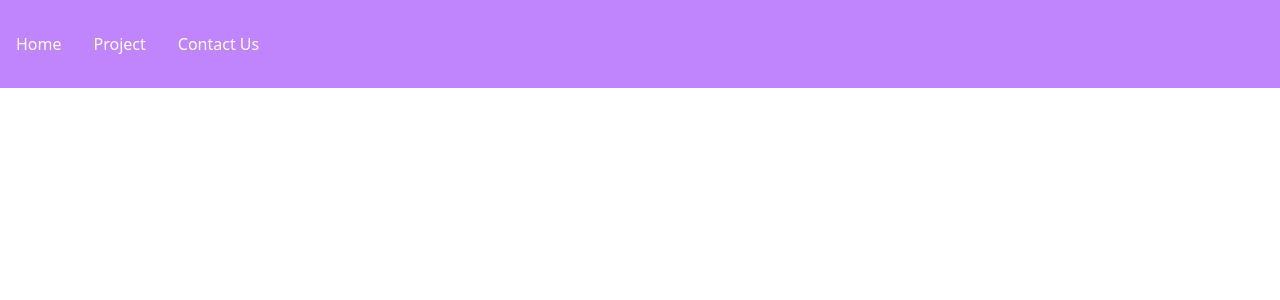
Repository: ashut6138/RozarpayClone
Page: Desktop/RozarpayClone/index.html
An editor plug-in stored every save of this project. The page is shown before and after the next save, followed by the edit.
The browser window is 1280 px wide. The pictures show the whole page.
Some web libraries are served in a nearby version.

Above is the page before, as saved 2025-01-21 23:15:24.

After the next save:
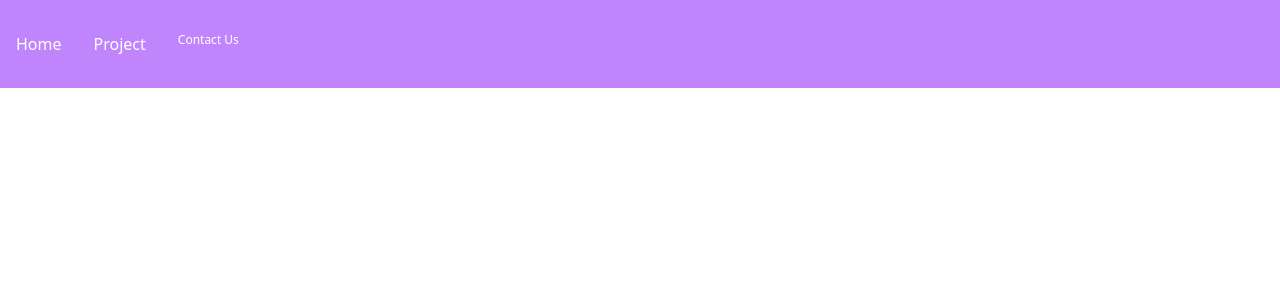
Saved 6 s later.
--- a/Desktop/RozarpayClone/index.html
+++ b/Desktop/RozarpayClone/index.html
@@ -12,7 +12,7 @@
         <ul class="py-8 bg-purple-400 flex">
             <li class="mx-4 text-white">Home</li>
             <li class="mx-4 text-white">Project</li>
-            <li class="mx-4 text-white text-x">Contact Us</li>
+            <li class="mx-4 text-white text-xs">Contact Us</li>
         </ul>
     </nav>
 

After the 6 saves that followed:
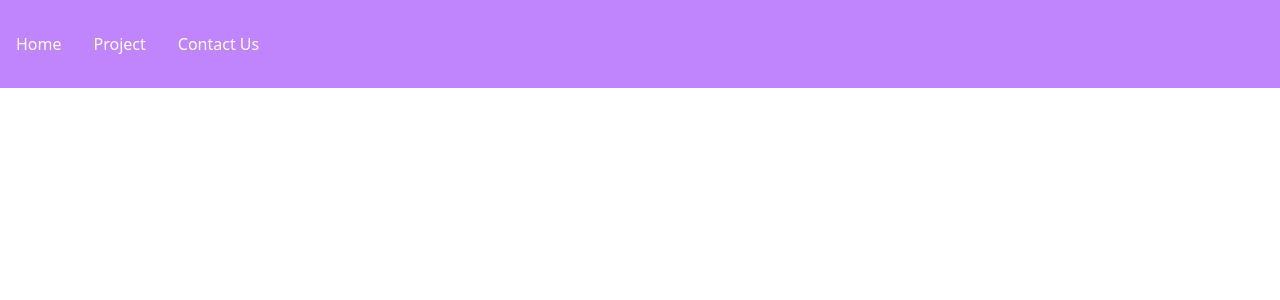
The 6 saves are shown as one change because 1 left the picture as it was and some came seconds apart.
The last was saved 23 s later.
--- a/Desktop/RozarpayClone/index.html
+++ b/Desktop/RozarpayClone/index.html
@@ -10,9 +10,9 @@
 <body>
     <nav>
         <ul class="py-8 bg-purple-400 flex">
-            <li class="mx-4 text-white">Home</li>
+            <li class="mx-4 text-white text-x1">Home</li>
             <li class="mx-4 text-white">Project</li>
-            <li class="mx-4 text-white text-xs">Contact Us</li>
+            <li class="mx-4 text-white text-x1">Contact Us</li>
         </ul>
     </nav>
 
